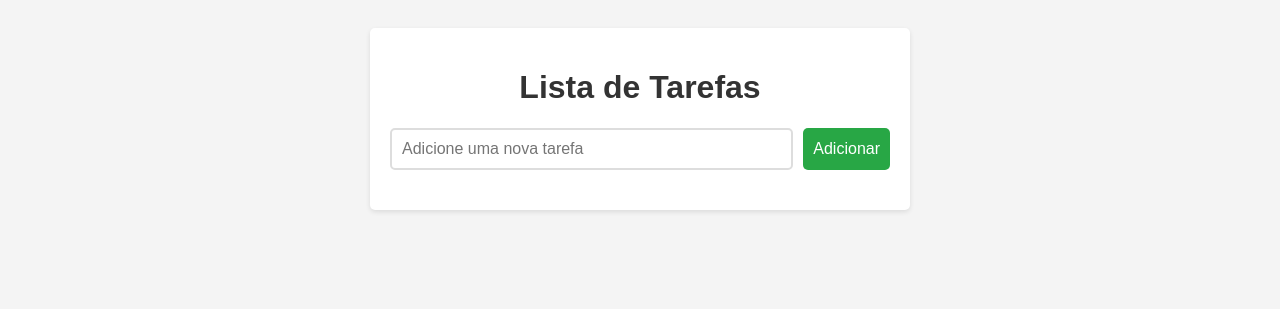
Repository: MathSena/jsp_curso
Page: jspdemo/src/main/webapp/todo-list.html
An editor plug-in stored every save of this project. The page is shown before and after the next save, followed by the edit.
The browser window is 1280 px wide. The pictures show the whole page.

Above is the page before, as saved 2025-03-04 18:18:22.

After the next save:
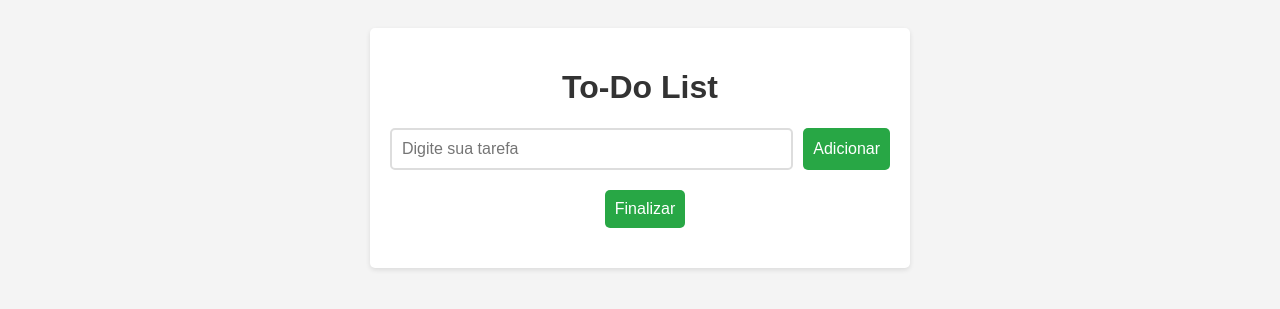
Saved 2 min 43 s later.
--- a/jspdemo/src/main/webapp/todo-list.html
+++ b/jspdemo/src/main/webapp/todo-list.html
@@ -2,7 +2,7 @@
 <html lang="pt">
 <head>
     <meta charset="UTF-8">
-    <title>Lista de Tarefas</title>
+    <title>To-Do List - Adicionar Tarefa</title>
     <style>
         /* Estilização global */
         body {
@@ -10,7 +10,7 @@
             background-color: #f4f4f4;
             padding: 20px;
         }
-        /* Container centralizado com sombra e bordas arredondadas */
+        /* Container centralizado */
         .container {
             max-width: 500px;
             margin: auto;
@@ -19,17 +19,15 @@
             border-radius: 5px;
             box-shadow: 0 2px 5px rgba(0,0,0,0.1);
         }
-        /* Título centralizado */
         h1 {
             text-align: center;
             color: #333;
         }
-        /* Grupo de entrada (input + botão) */
+        /* Grupo para o input e os botões */
         .input-group {
             display: flex;
             margin-bottom: 20px;
         }
-        /* Campo de texto para nova tarefa */
         input[type="text"] {
             flex: 1;
             padding: 10px;
@@ -37,7 +35,6 @@
             border-radius: 5px;
             font-size: 16px;
         }
-        /* Botão para adicionar tarefa */
         button {
             padding: 10px;
             margin-left: 10px;
@@ -51,96 +48,24 @@
         button:hover {
             background-color: #218838;
         }
-        /* Lista sem marcador e sem margem */
-        ul {
-            list-style-type: none;
-            padding: 0;
-        }
-        /* Cada item da lista */
-        ul li {
-            background: #f9f9f9;
-            padding: 10px;
-            margin-bottom: 10px;
-            border-left: 5px solid #28a745;
-            border-radius: 3px;
-            display: flex;
-            justify-content: space-between;
-            align-items: center;
-        }
-        /* Tarefa concluída terá texto riscado */
-        ul li.completed {
-            text-decoration: line-through;
-            color: #aaa;
-        }
-        /* Botão de exclusão da tarefa */
-        ul li button.delete {
-            background-color: #dc3545;
-            border: none;
-            color: #fff;
-            padding: 5px 10px;
-            border-radius: 3px;
-            cursor: pointer;
-        }
-        ul li button.delete:hover {
-            background-color: #c82333;
-        }
     </style>
 </head>
 <body>
     <div class="container">
-        <h1>Lista de Tarefas</h1>
-        <!-- Grupo para inserir nova tarefa -->
-        <div class="input-group">
-            <input type="text" id="taskInput" placeholder="Adicione uma nova tarefa">
-            <button id="addTaskBtn">Adicionar</button>
-        </div>
-        <!-- Lista onde as tarefas serão exibidas -->
-        <ul id="taskList">
-            <!-- As tarefas serão adicionadas dinamicamente aqui -->
-        </ul>
+        <h1>To-Do List</h1>
+        <!-- Formulário para adicionar uma nova tarefa -->
+        <form action="todo.jsp" method="post">
+            <div class="input-group">
+                <input type="text" name="task" placeholder="Digite sua tarefa" required>
+                <button type="submit" name="action" value="Adicionar">Adicionar</button>
+            </div>
+        </form>
+        <!-- Formulário com botão Finalizar que redireciona para todo.jsp e exibe a lista de tarefas -->
+        <form action="todo.jsp" method="get">
+            <div class="input-group" style="justify-content: center;">
+                <button type="submit">Finalizar</button>
+            </div>
+        </form>
     </div>
-
-    <script>
-        // Seleciona os elementos do DOM
-        const taskInput = document.getElementById('taskInput');
-        const addTaskBtn = document.getElementById('addTaskBtn');
-        const taskList = document.getElementById('taskList');
-
-        // Função para adicionar nova tarefa
-        addTaskBtn.addEventListener('click', function() {
-            const taskText = taskInput.value.trim();
-            if (taskText !== "") {
-                // Cria o elemento de lista para a tarefa
-                const li = document.createElement('li');
-                li.textContent = taskText;
-
-                // Cria um botão para deletar a tarefa
-                const deleteBtn = document.createElement('button');
-                deleteBtn.textContent = "Excluir";
-                deleteBtn.className = "delete";
-
-                // Evento para excluir a tarefa ao clicar no botão
-                deleteBtn.addEventListener('click', function(e) {
-                    // Previne que o clique seja propagado para o li
-                    e.stopPropagation();
-                    taskList.removeChild(li);
-                });
-
-                // Adiciona o botão de excluir ao item da lista
-                li.appendChild(deleteBtn);
-
-                // Evento para marcar/desmarcar a tarefa como concluída
-                li.addEventListener('click', function(e) {
-                    if(e.target.tagName !== 'BUTTON') {
-                        li.classList.toggle('completed');
-                    }
-                });
-
-                // Adiciona o item na lista e limpa o campo de entrada
-                taskList.appendChild(li);
-                taskInput.value = "";
-            }
-        });
-    </script>
 </body>
 </html>
